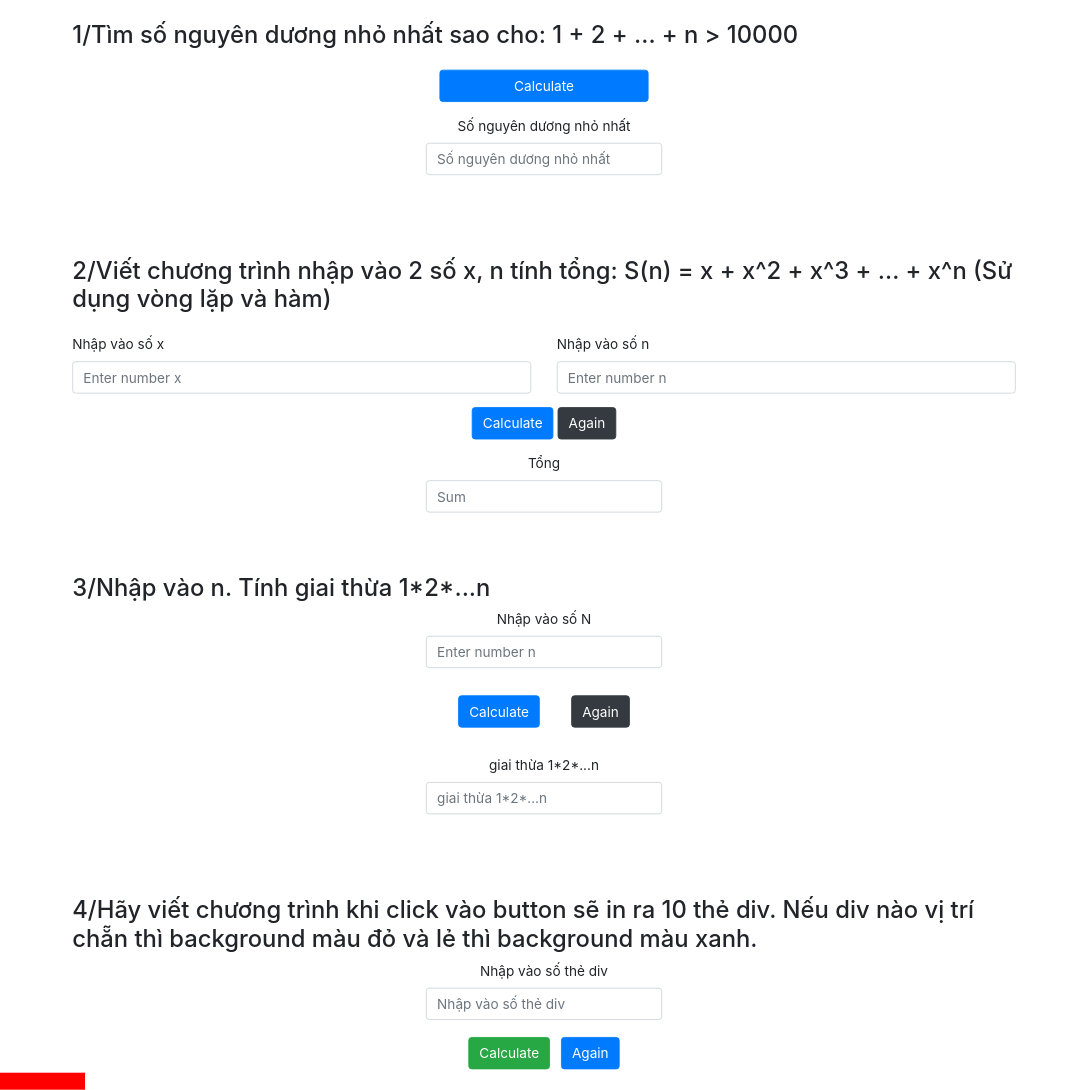
Repository: baobaodeveloper/bootcamp21__loop__HuynhAnhBao
Page: index.html
The author's editor kept a copy of each file at every save. The page is drawn from the files as they stood at one save, then again after the next save.
The browser window is 1280 px wide. The pictures show the whole page, at 85% of full size.

Above is the page before, as saved 2022-03-17 19:32:17.

### index.html
<!DOCTYPE html>
<html lang="en">
  <head>
    <title>Exercise Js</title>
    <!-- Required meta tags -->
    <meta charset="utf-8" />
    <meta
      name="viewport"
      content="width=device-width, initial-scale=1, shrink-to-fit=no"
    />

    <!-- Bootstrap CSS -->
    <link
      rel="stylesheet"
      href="https://stackpath.bootstrapcdn.com/bootstrap/4.3.1/css/bootstrap.min.css"
      integrity="sha384-ggOyR0iXCbMQv3Xipma34MD+dH/1fQ784/j6cY/iJTQUOhcWr7x9JvoRxT2MZw1T"
      crossorigin="anonymous"
    />
  </head>
  <body>
    <!--1/Tìm số nguyên dương nhỏ nhất sao cho:
    1 + 2 + … + n > 10000-->
    <div class="container mt-4">
      <h3>1/Tìm số nguyên dương nhỏ nhất sao cho: 1 + 2 + … + n > 10000</h3>
      <div class="mb-3 flex-md-column d-flex w-25 m-auto text-center">
        <button type="button" id="min-number" class="btn btn-primary m-3">
          Calculate
        </button>
        <label class="form-label">Số nguyên dương nhỏ nhất</label>
        <input
          type="text"
          class="form-control"
          id="result1"
          placeholder="Số nguyên dương nhỏ nhất"
        />
      </div>
    </div>

    <!--2/Viết chương trình nhập vào 2 số x, n tính tổng: S(n) = x + x^2 + x^3 + … + x^n (Sử
    dụng vòng lặp và hàm)-->
    <div class="container mt-5 pt-5">
      <h3>
        2/Viết chương trình nhập vào 2 số x, n tính tổng: S(n) = x + x^2 + x^3 +
        … + x^n (Sử dụng vòng lặp và hàm)
      </h3>
      <div class="row mt-4">
        <div class="col">
          <label class="form-label">Nhập vào số x</label>
          <input
            type="number"
            class="form-control"
            placeholder="Enter number x"
            id="number-x"
          />
        </div>
        <div class="col">
          <label class="form-label">Nhập vào số n</label>
          <input
            type="number"
            class="form-control"
            placeholder="Enter number n"
            id="number-n"
          />
        </div>
      </div>

      <div class="m-3 text-center">
        <button type="button" id="calculate-sum" class="btn btn-primary">
          Calculate
        </button>
        <button type="button" id="calculate-sum-again" class="btn btn-dark">
          Again
        </button>
      </div>

      <div class="w-25 m-auto text-center">
        <label class="form-label">Tổng</label>
        <input
          type="text"
          class="form-control"
          id="result2"
          placeholder="Sum"
        />
      </div>
    </div>

    <!--3/Nhập vào n. Tính giai thừa 1*2*...n-->
    <div class="container mt-4 pt-5">
      <h3>3/Nhập vào n. Tính giai thừa 1*2*...n</h3>
      <div class="w-25 m-auto text-center">
        <label class="form-label">Nhập vào số N</label>
        <input
          type="email"
          class="form-control"
          id="num-enter"
          placeholder="Enter number n"
        />
      </div>
      <div class="mb-3 flex-md-column d-flex w-25 m-auto text-center">
        <div class="m-3">
          <button
            type="button"
            id="calculate-num-n"
            class="btn btn-primary m-3"
          >
            Calculate
          </button>
          <button
            type="button"
            id="calculate-num-n-again"
            class="btn btn-dark m-3"
          >
            Again
          </button>
        </div>
        <label class="form-label">giai thừa 1*2*...n</label>
        <input
          type="text"
          class="form-control"
          id="result3"
          placeholder="giai thừa 1*2*...n"
        />
      </div>
    </div>

    <!--4/Hãy viết chương trình khi click vào button sẽ in ra 10 thẻ div. Nếu div nào vị trí chẵn thì
    background màu đỏ và lẻ thì background màu xanh.-->
    <div class="container mt-5 pt-5">
      <h3>
        4/Hãy viết chương trình khi click vào button sẽ in ra 10 thẻ div. Nếu
        div nào vị trí chẵn thì background màu đỏ và lẻ thì background màu xanh.
      </h3>
      <div class="mb-3 flex-md-column d-flex w-25 m-auto text-center">
        <label class="form-label">Nhập vào số thẻ div</label>
        <input
          type="number"
          class="form-control"
          id="number-div"
          placeholder="Nhập vào số thẻ div"
        />
      </div>
      <div class="text-center mt-3">
        <button type="button" id="creat-div" class="btn btn-success m-1">
          Calculate
        </button>
        <button type="button" id="creat-div-again" class="btn btn-primary m-1">
          Again
        </button>
      </div>
      <div id="result4"></div>
    </div>
    <div style="height: 20px; width: 100px; background-color: red"></div>

    <!-- Optional JavaScript -->
    <!-- jQuery first, then Popper.js, then Bootstrap JS -->
    <script
      src="https://code.jquery.com/jquery-3.3.1.slim.min.js"
      integrity="sha384-q8i/X+965DzO0rT7abK41JStQIAqVgRVzpbzo5smXKp4YfRvH+8abtTE1Pi6jizo"
      crossorigin="anonymous"
    ></script>
    <script
      src="https://cdnjs.cloudflare.com/ajax/libs/popper.js/1.14.7/umd/popper.min.js"
      integrity="sha384-UO2eT0CpHqdSJQ6hJty5KVphtPhzWj9WO1clHTMGa3JDZwrnQq4sF86dIHNDz0W1"
      crossorigin="anonymous"
    ></script>
    <script
      src="https://stackpath.bootstrapcdn.com/bootstrap/4.3.1/js/bootstrap.min.js"
      integrity="sha384-JjSmVgyd0p3pXB1rRibZUAYoIIy6OrQ6VrjIEaFf/nJGzIxFDsf4x0xIM+B07jRM"
      crossorigin="anonymous"
    ></script>

    <!-- <script src="exercise1.js"></script> -->
    <!-- <script src="exercise2.js"></script> -->
    <!-- <script src="exercise3.js"></script> -->
    <script src="exercise4.js"></script>
  </body>
</html>

### exercise4.js
const numDiv = document.getElementById("number-div");
const result4 = document.getElementById("result4");

document.getElementById("creat-div").addEventListener("click", () => {
  if (!numDiv.value) return;

  const numDivValue = +numDiv.value;

  for (let i = 1; i <= numDivValue; i++) {
    if (i % 2 === 0) {
      result4.innerHTML = `   <div style="height: 20px; width: 100px; background-color: red"></div>`;
    } else {
      result4.innerHTML = `   <div style="height: 20px; width: 100px; background-color: blue"></div>`;
    }
  }
});

After the next save:
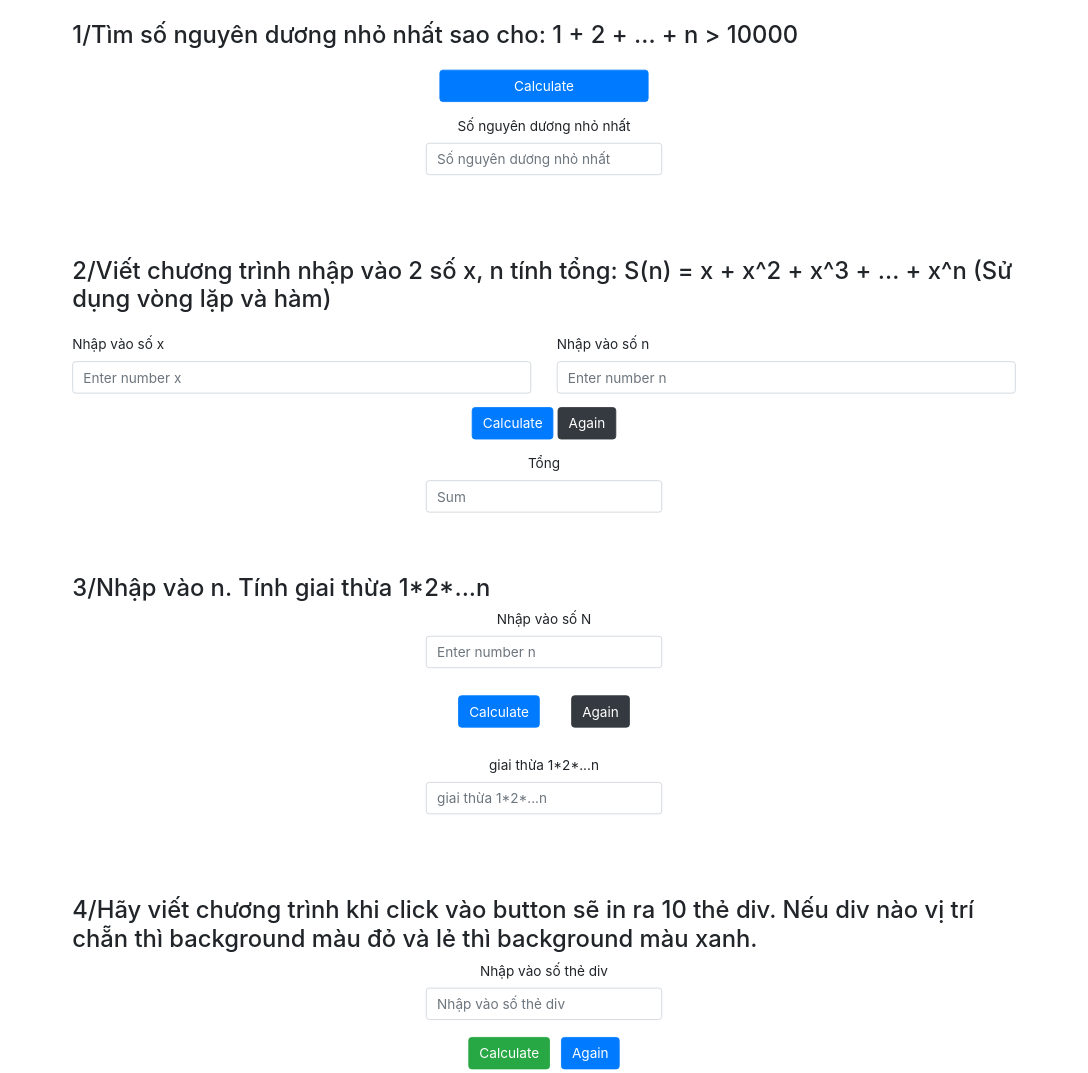
Saved 20 s later.
--- a/index.html
+++ b/index.html
@@ -149,7 +149,6 @@
       </div>
       <div id="result4"></div>
     </div>
-    <div style="height: 20px; width: 100px; background-color: red"></div>
 
     <!-- Optional JavaScript -->
     <!-- jQuery first, then Popper.js, then Bootstrap JS -->
